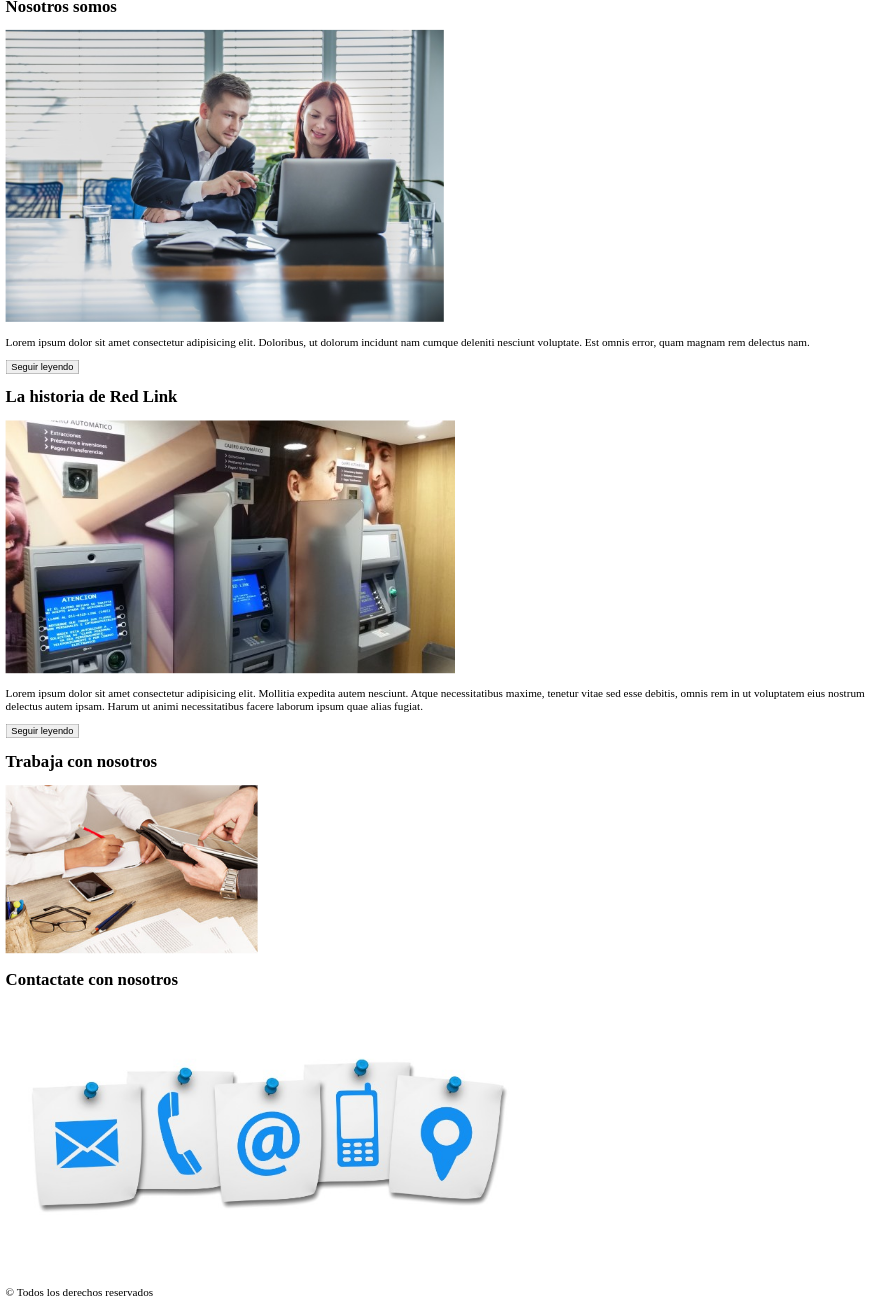
Repository: Juan241/RedLink
Page: index.html
An editor plug-in stored every save of this project. The page is shown before and after the next save, followed by the edit.
The browser window is 1280 px wide. The pictures show the part of the page from y = 1034 to 2954 px (the page is 2897 px tall before and 2954 px after), at 70% of full size.

Above is the page before, as saved 2019-07-22 11:42:02.

After the next save:
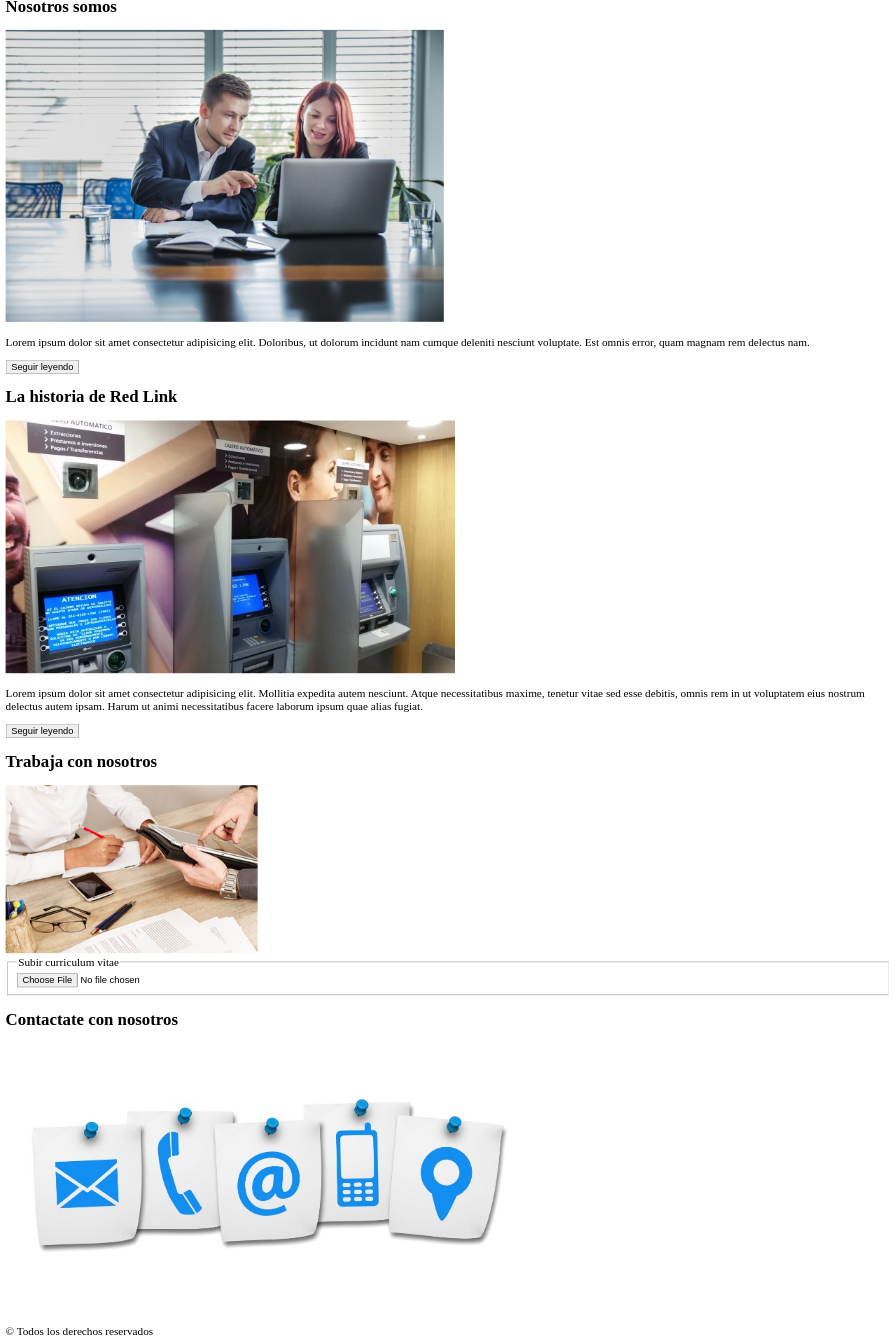
Saved 90 min 13 s later.
--- a/index.html
+++ b/index.html
@@ -56,7 +56,10 @@
        <article>
             <h2>Trabaja con nosotros</h2>
             <img src="img/img_3.jpg" alt="trabaja con nosotros">
-
+            <fieldset class="form-group">
+                <legend>Subir curriculum vitae</legend>
+                <input type="file" name="archivo" />
+             </fieldset>
        </article>
    </Section>
    <section>
@@ -70,12 +73,13 @@
                 <li><a href="#">Celular</a></li>
                 <li><a href="#">Dirección</a></li>
             </ol>-->
+
             <form action="#">
 
             </form>
        </article>
    </section>
 
-   <footer>&copy; Todos los derechos reservados</footer>
+   <footer> &copy; Todos los derechos reservados</footer>
 </body>
 </html>
